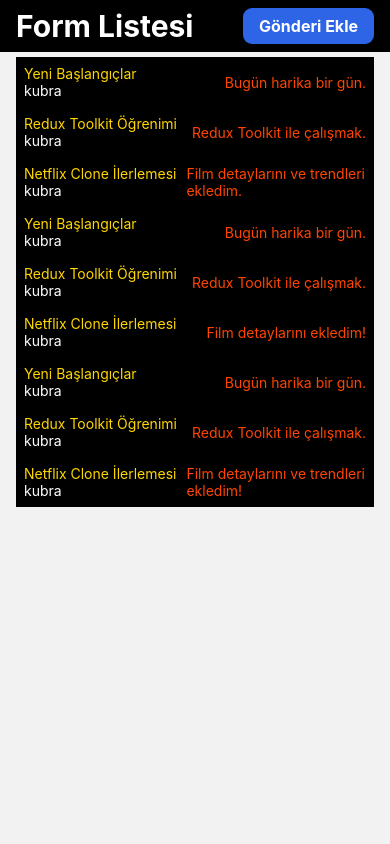
Repository: Kubraaygun/FirebaseRN
Screen: /
The author's editor kept a copy of each file at every save. The screen is drawn from the files as they stood at one save, then again after the next save.
The app was drawn by React Native's web renderer in a window 390 px wide. The project was rebuilt for these pictures with package versions that can differ from the ones it lists, and the page was loaded fresh each time. Requests to the local data server were answered from the project's data file. Also part of the build but not shown: src/screens/AddPost/AddPostView.jsx, src/screens/AddPost/AddPostController.jsx.

Above is the screen before, as saved 2025-01-20 20:36:16.

After the next save:
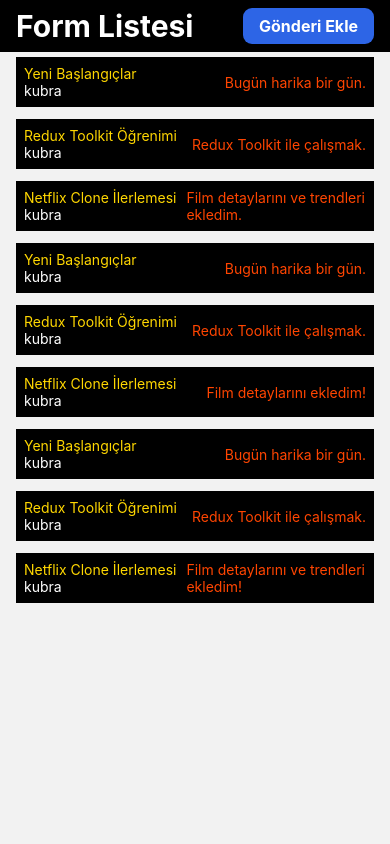
Saved 25 s later.
--- a/src/screens/ListPost/ListPostView.jsx
+++ b/src/screens/ListPost/ListPostView.jsx
@@ -5,6 +5,9 @@ const ListPostView = ({postData}) => {
   return (
     <View style={styles.container}>
       <FlatList
+        contentContainerStyle={{
+          gap: 12,
+        }}
         data={postData}
         renderItem={({item}) => (
           <View style={styles.post}>
